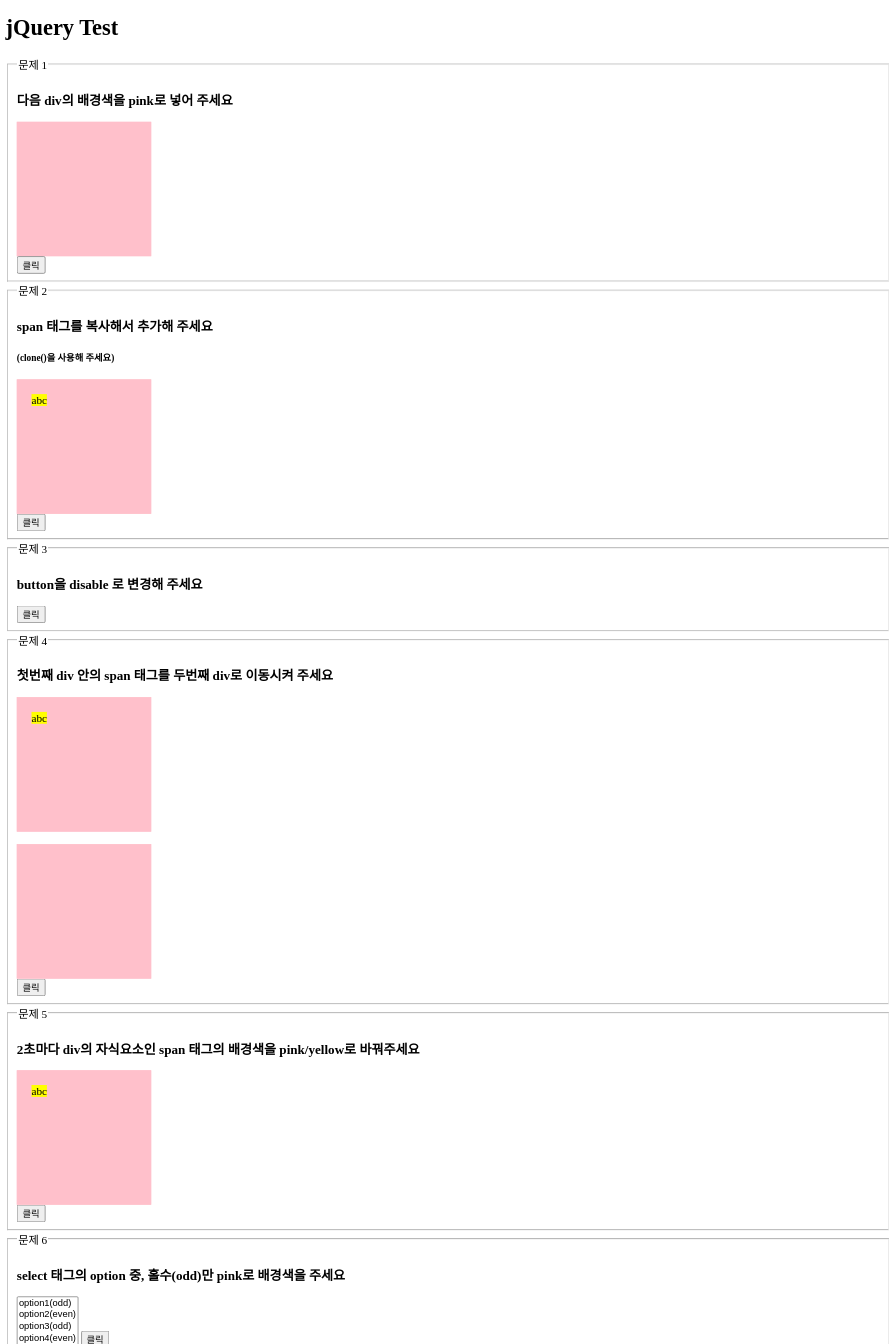
Repository: happyeon/Study_UI
Page: suyeon/WebContent/jqueryTest02.html
An editor plug-in stored every save of this project. The page is shown before and after the next save, followed by the edit.
The browser window is 1280 px wide. The pictures show the part of the page from y = 0 to 1920 px (the page is 3082 px tall), at 70% of full size.
After loading, the first visible `button` was clicked once.
Some web libraries are served in a nearby version.

Above is the page before, as saved 2021-06-17 10:26:15.

### suyeon/WebContent/jqueryTest02.html
<!DOCTYPE html>
<html>
<head>
<meta charset="UTF-8">
<title>화이팅!</title>

<style type="text/css">

	.box{
		width: 150px;
		height: 150px;
		border: 1px solid pink;
		padding: 20px;
	}
	.bgSpan{
		width: 20px;
		height: 20px;
		background: yellow;
	}

	.bgBox{
		width: 30px;
		height: 20px;
		background: pink;
		margin:20px;
		float: left;
	}

	#cellTable{
		border-collapse: collapse;
	}
	#cellTable tr,#cellTable td{
		padding: 30px;
		text-align: center;
	}

</style>


<script type="text/javascript" src="https://code.jquery.com/jquery-3.2.1.min.js"></script>

<script type="text/javascript">

	function test01() {
		$(".box").css("background-color","pink");
	}

	function test02() {
		$(".bgSpan").clone().appendTo($(".box"));
	}


</script>

</head>
<body>

	<h1>jQuery Test</h1>

	<fieldset>
		<legend>문제 1</legend>
		<h3>다음 div의 배경색을 pink로 넣어 주세요</h3>
		<div class="box"></div>
		<button onclick="test01();">클릭</button>
	</fieldset>

	<fieldset>
		<legend>문제 2</legend>
		<h3>span 태그를 복사해서 추가해 주세요</h3>
		<h5>(clone()을 사용해 주세요)</h5>
		<div class="box">
			<span class="bgSpan">abc</span>
		</div>
		<button onclick="test02();">클릭</button>
	</fieldset>

	<fieldset>
		<legend>문제 3</legend>
		<h3>button을 disable 로 변경해 주세요 </h3>
		<button onclick="test03();">클릭</button>
	</fieldset>

	<fieldset>
		<legend>문제 4</legend>
		<h3>첫번째 div 안의 span 태그를 두번째 div로 이동시켜 주세요</h3>
		<div class="box">
			<span class="bgSpan">abc</span>
		</div><br/>
		<div class="box"></div>
		<button>클릭</button>
	</fieldset>

	<fieldset>
		<legend>문제 5</legend>
		<h3>2초마다 div의 자식요소인 span 태그의 배경색을 pink/yellow로 바꿔주세요</h3>
		<div class="box">
			<span class="bgSpan">abc</span>
		</div>
		<button>클릭</button>
	</fieldset>

	<fieldset>
		<legend>문제 6</legend>
		<h3>select 태그의 option 중, 홀수(odd)만 pink로 배경색을 주세요</h3>
		<select multiple="multiple">
			<option>option1(odd)</option>
			<option>option2(even)</option>
			<option>option3(odd)</option>
			<option>option4(even)</option>
		</select>
		<button>클릭</button>
	</fieldset>

	<fieldset>
		<legend>문제 7</legend>
		<h3>input 태그의 값 1초 간격으로 1씩 증가시켜 주세요.</h3>
		<input type="text" value="0" size="6"/>
		<button>클릭</button>
	</fieldset>

	<fieldset>
		<legend>문제 8</legend>
		<h3>다음 div의 자식 요소들을 모두 삭제해 주세요.</h3>
		<div class="box">
			<span>자식1</span><br/>
			<p>자식2</p>
			<p>
				<p>자손1</p>
			</p>
		</div>
		<button>클릭</button>
	</fieldset>

	<fieldset>
		<legend>문제 9</legend>
		<h3>"bold" 라는 텍스트가 포함되어 있는 엘리먼트의 텍스트에 bold효과를 적용해주세요.</h3>
		<div class="box">
			<span>bold</span><br/>
			<span>strike</span><br/>
			<span>blink</span>
		</div>
		<br/>
		<button>버튼</button>
	</fieldset>

	<fieldset>
		<legend>문제 10</legend>
		<h3>div 안의 "ABCDEF"를 "ABC"로 변경해 주세요.</h3>
		<div class="box">
			<span class="bgSpan">ABCDEF</span>
		</div>
		<br/>
		<button>버튼</button>
	</fieldset>
</body>
</html>

After the next save:
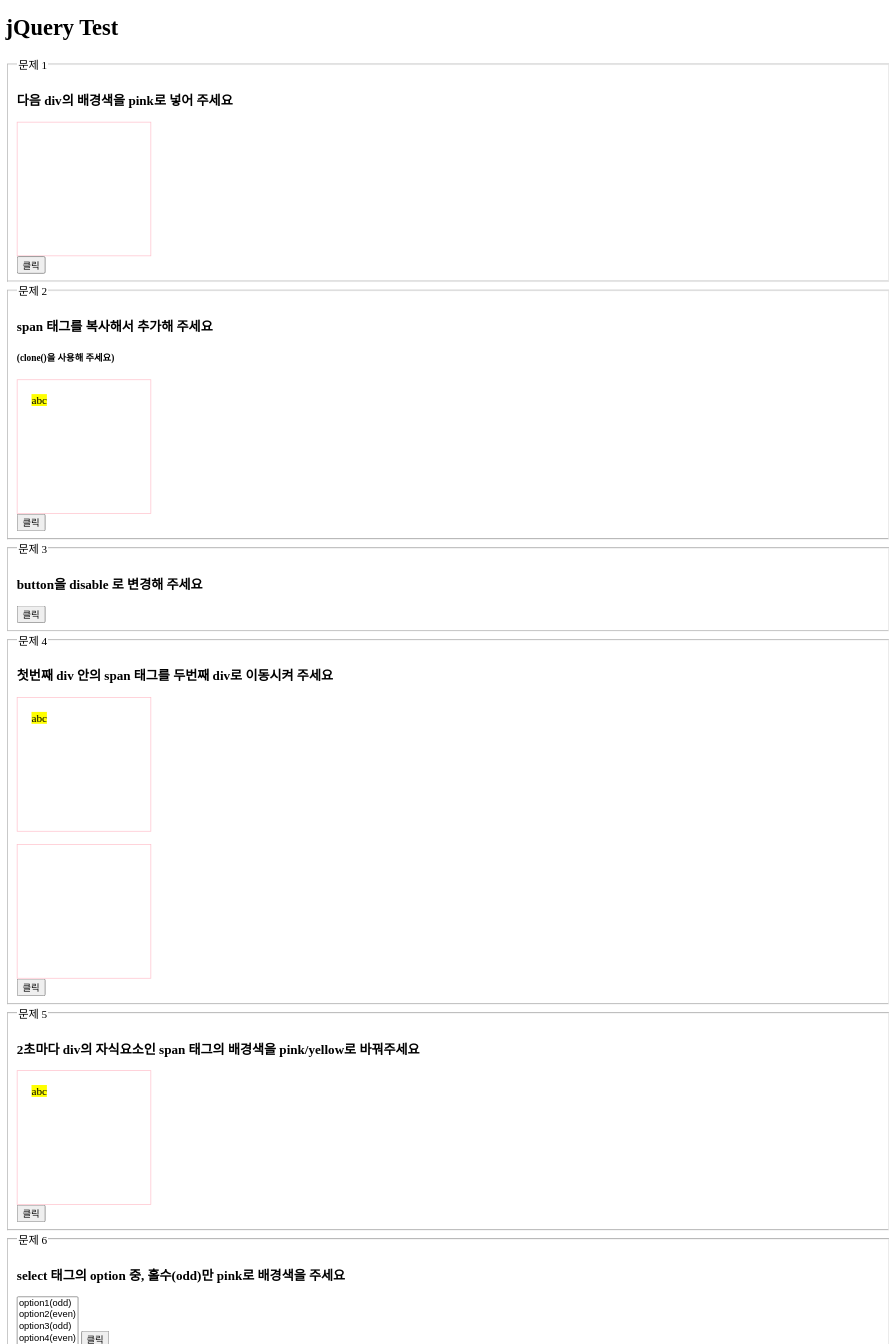
Saved 82 s later.
--- a/suyeon/WebContent/jqueryTest02.html
+++ b/suyeon/WebContent/jqueryTest02.html
@@ -42,11 +42,15 @@
 <script type="text/javascript">
 
 	function test01() {
-		$(".box").css("background-color","pink");
+		$("#box").css("background-color","pink");
 	}
 
 	function test02() {
 		$(".bgSpan").clone().appendTo($(".box"));
+	}
+
+	function test03(){
+
 	}
 
 

After the save that followed:
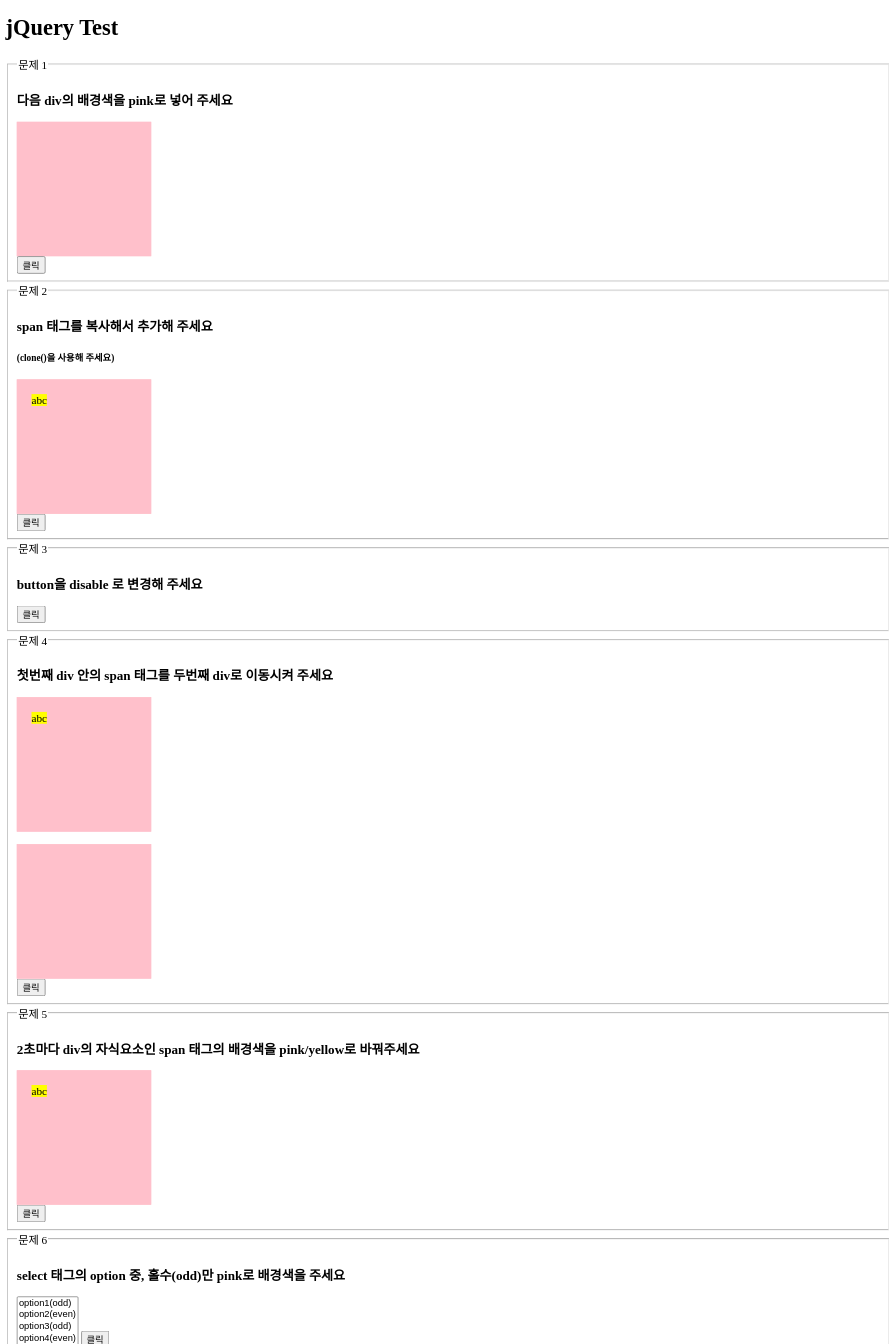
Saved 86 s later.
--- a/suyeon/WebContent/jqueryTest02.html
+++ b/suyeon/WebContent/jqueryTest02.html
@@ -42,7 +42,7 @@
 <script type="text/javascript">
 
 	function test01() {
-		$("#box").css("background-color","pink");
+		$(".box").css("background-color","pink");
 	}
 
 	function test02() {
@@ -50,7 +50,7 @@
 	}
 
 	function test03(){
-
+		$("#but").prop("disabled", true);
 	}
 
 
@@ -75,7 +75,7 @@
 		<div class="box">
 			<span class="bgSpan">abc</span>
 		</div>
-		<button onclick="test02();">클릭</button>
+		<button id="but" onclick="test02();">클릭</button>
 	</fieldset>
 
 	<fieldset>
